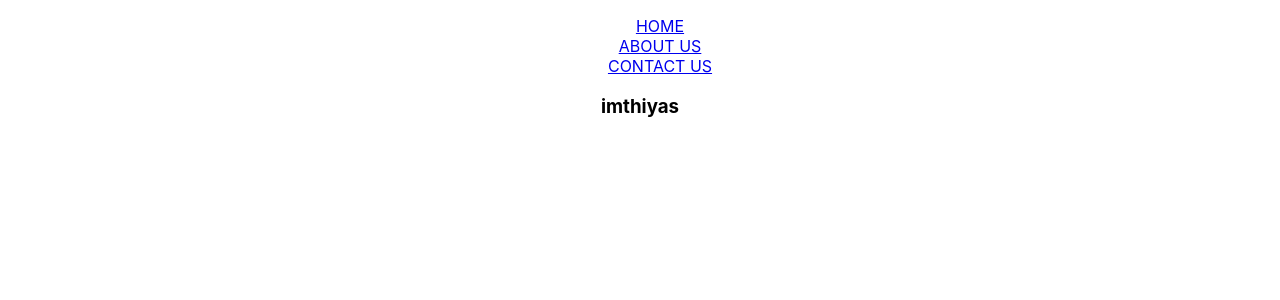
Repository: mohamediyas/boilermdIyas
Page: /1
The author's editor kept a copy of each file at every save. The page is drawn from the files as they stood at one save, then again after the next save.
The browser window is 1280 px wide. The pictures show the whole page.
The project was rebuilt for these pictures with package versions that can differ from the ones it lists, and the page was loaded fresh each time. Also part of the build but not shown: src/BoilerPlate/Router/Component/About.js, src/BoilerPlate/Router/Component/Home.js, src/BoilerPlate/Router/Component/Contact.js, src/BoilerPlate/Router/Component/Error.js.

Above is the page before, as saved 2021-01-08 21:59:18.

After the next save:
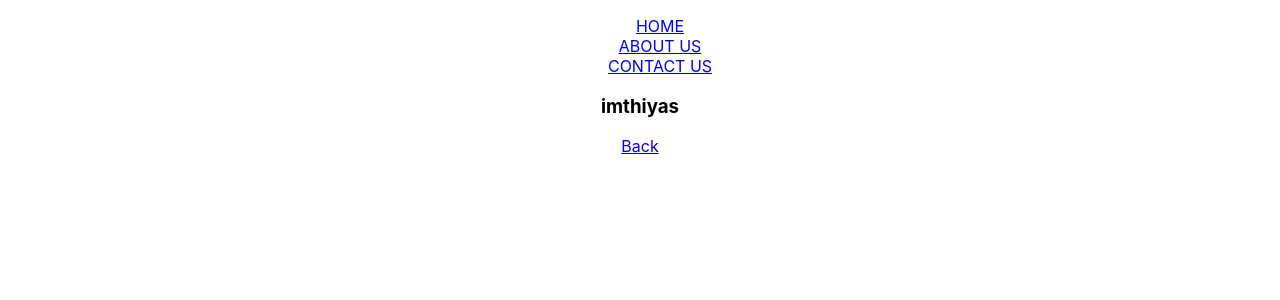
Saved 22 s later.
--- a/src/BoilerPlate/Router/Person.js
+++ b/src/BoilerPlate/Router/Person.js
@@ -15,6 +15,7 @@ function Person() {
   return (
     <div>
       <h3>{name}</h3>
+      <Link to="/contact">Back</Link>
     </div>
   );
 }
